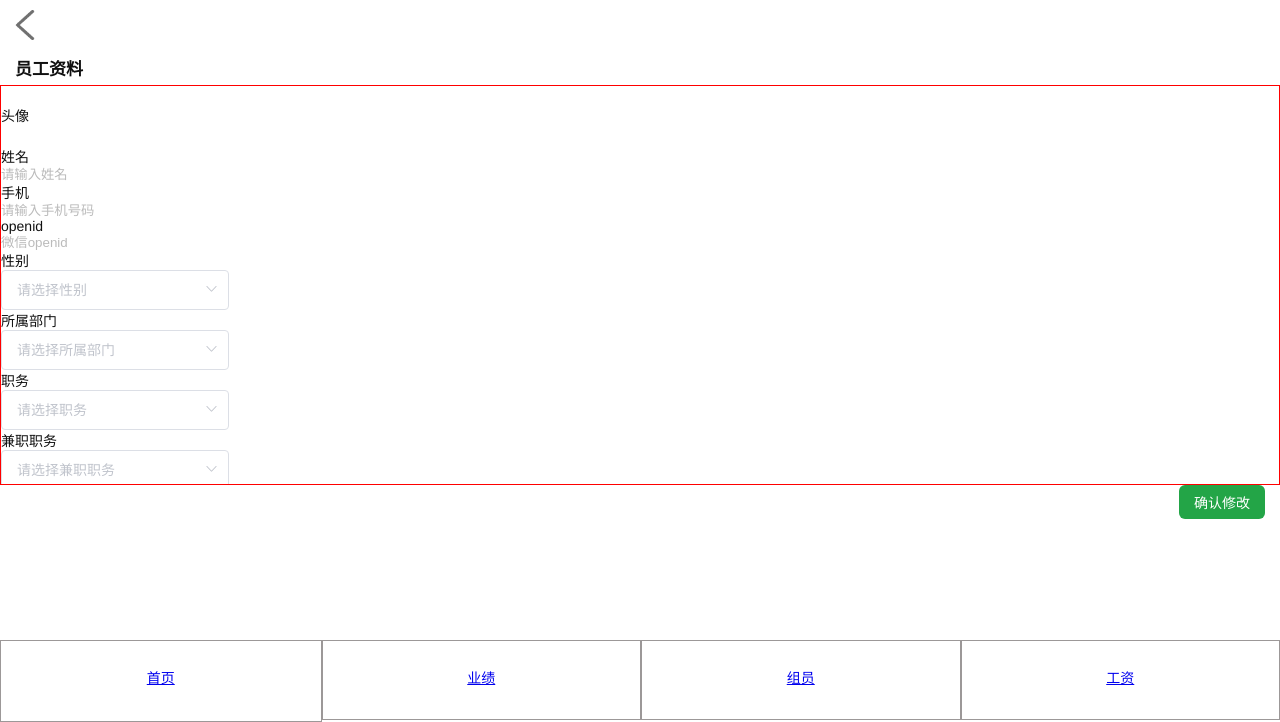
Repository: panlin520-team/lnmj-staffH5
Page: /#/homepage
An editor plug-in stored every save of this project. The page is shown before and after the next save, followed by the edit.
The browser window is 1280 px wide. The pictures show the whole page.
An inner scrolling area shows only its first screen. The project was rebuilt for these pictures with package versions that can differ from the ones it lists, and the page was loaded fresh each time. Also part of the build but not shown: src/views/Lojin.vue.

Above is the page before, as saved 2020-04-08 15:19:18.

After the next save:
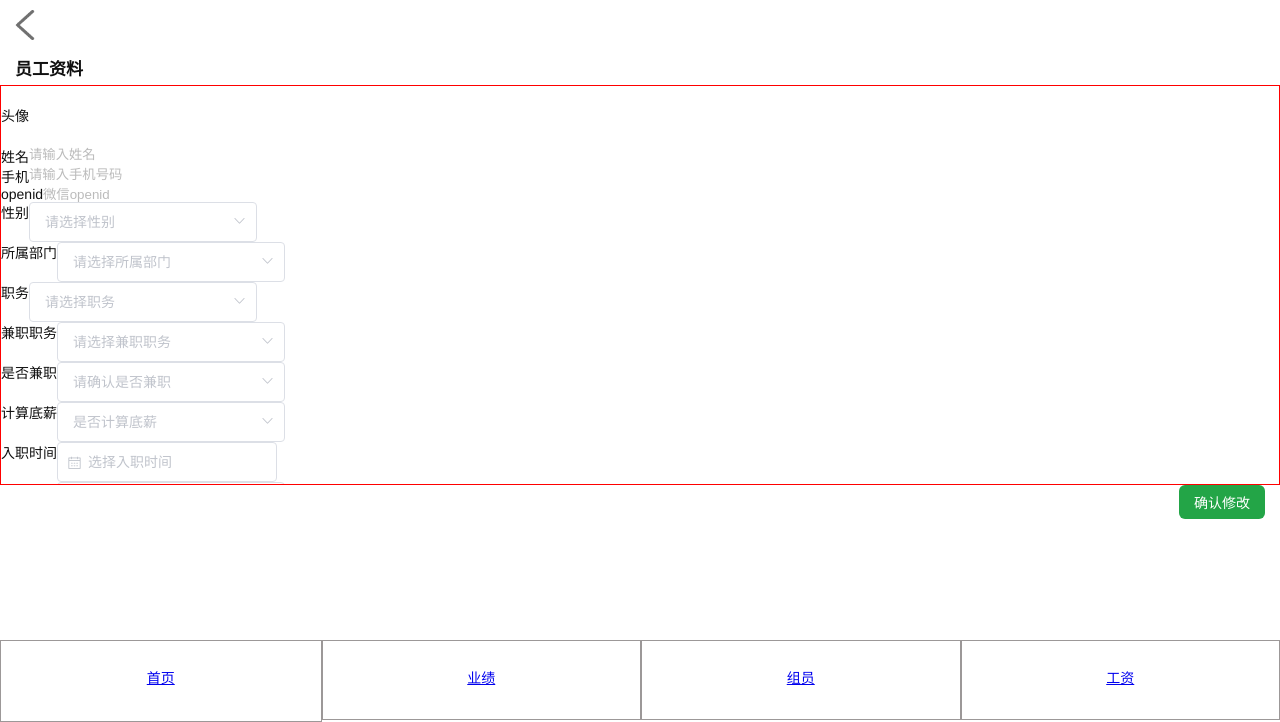
Saved 71 s later.
--- a/src/views/Homepage.vue
+++ b/src/views/Homepage.vue
@@ -327,6 +327,9 @@ export default {
         max-height: 400px;
         border: 1px solid red;
         overflow: auto;
+        .item{
+            display: flex;
+        }
     }
 
     .bottom {
